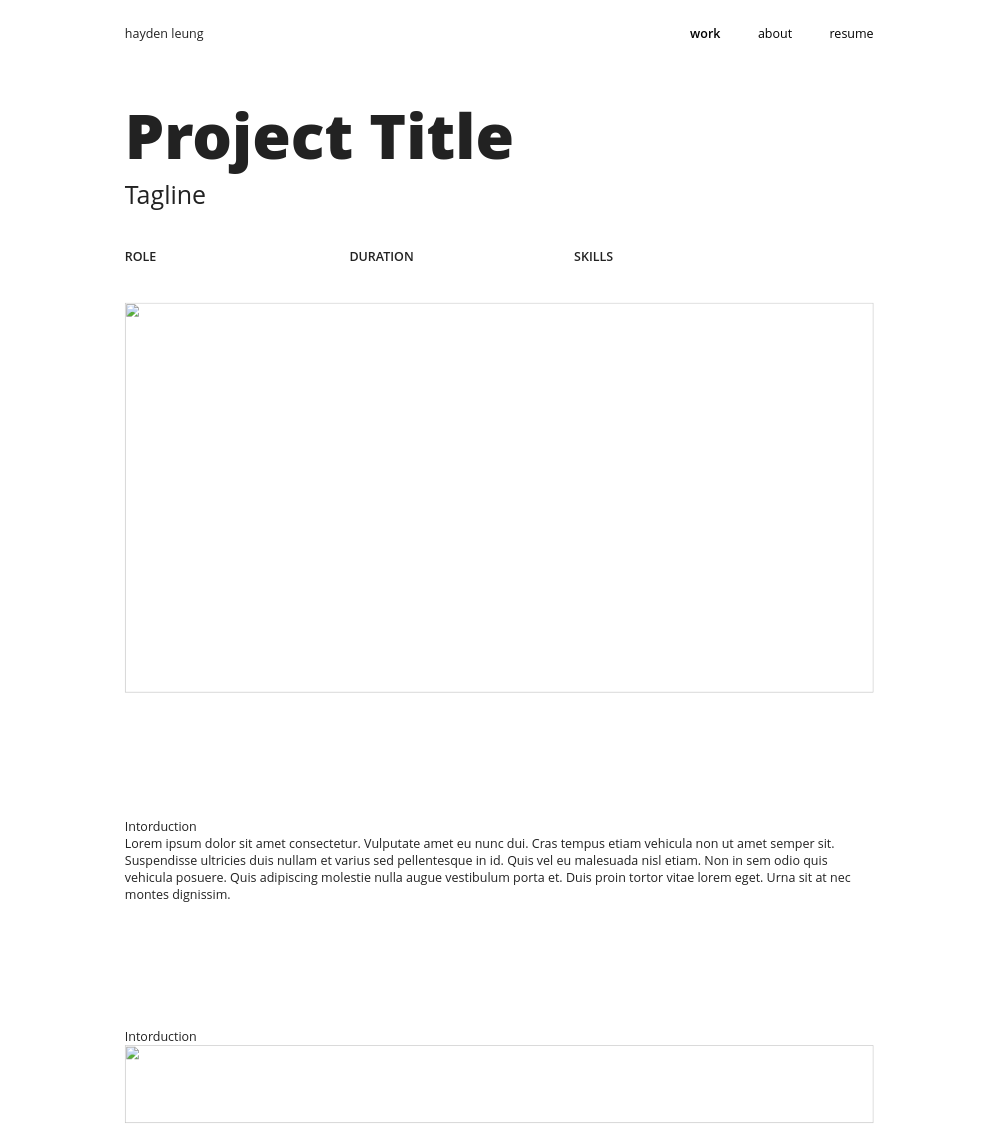
Repository: Haydenleung/Artifact
Page: /
These files come from the project's save history. The page is drawn as it stood at one moment and after the next save; the edit follows.
The browser window is 1280 px wide. The pictures show the whole page, at 78% of full size.
The project was rebuilt for these pictures with package versions that can differ from the ones it lists, and the page was loaded fresh each time. The framework's server and built-in components were replaced by stand-ins that run in the browser. Also part of the build but not shown: next.config.mjs.

Above is the page before, as saved 2024-01-29 00:03:51.

### src/pages/index.tsx
import Image from "next/image";
import Navbar from "@/components/Navbar";
import CaseStudy from "@/components/CaseStudy";

export default function Home() {
  return (
    <main className={"page"}>
      <Navbar />
      <div className={"caseStudy"}>
        <CaseStudy />
      </div>
    </main>
  )
}

### src/styles/globals.css
/* ==========================================================================
    [Table of contents]

    1. BASE
        1.1 Page Rendering Defaults
        1.2 Core Styling
        1.3 Typography
    2. LAYOUT
        2.1 Core Layout
        2.2 Small only
        2.3 medium and up
        2.4 Medium only
        2.5 large screens and up
    3. UTILITY classes
    4. PRINT

    ========================================================================== */

/* ==========================================================================
   BASE
   ========================================================================== */

/* 1.1 Page Rendering Defaults */

html {
  color: #222;
  font-size: 1em;
}

::-moz-selection {
  background: #b3d4fc;
  text-shadow: none;
}

::selection {
  background: #b3d4fc;
  text-shadow: none;
}

audio,
canvas,
iframe,
i,
img,
svg,
video {
  vertical-align: middle;
}

fieldset {
  border: 0;
  margin: 0;
  padding: 0;
}

textarea {
  resize: vertical;
}

/* 1.2 Core Styling */

/* refer to https://css-tricks.com/box-sizing/ */

*,
*:before,
*:after {
  box-sizing: border-box;
}

img {
  width: 100%;
}

/* 1.3 Typgraphy */

@import url('https://fonts.googleapis.com/css2?family=Open+Sans:ital,wght@0,300;0,400;0,500;0,600;0,700;0,800;1,300;1,400;1,500;1,600;1,700;1,800&display=swap');

h1,
h2,
h3,
h4,
h5,
h6 {
  font-weight: 400;
  /* text-align: center; */
  margin: 0;
}

h1 {
  font-size: 60pt;
  font-weight: 200;
}

h2 {
  font-size: 16pt;
}

h4 {
  font-size: 9pt;
}

h5 {
  font-size: 8pt;
}

* {
  font-family: 'Open Sans', sans-serif;
}


/* ==========================================================================
 2. LAYOUT
 ========================================================================== */

/* Helper to display empty layout containers*/

div,
main,
section,
footer,
header {
  /* outline: 1px solid #ccc; */
}

body {
  padding: 0;
  margin: 0;
}

/* 2.1 Core layout */

.row {
  display: grid;
  row-gap: 1rem;
}

.col {
  position: relative;
}

.page {
  display: flex;
  flex-direction: column;
  justify-content: center;
  align-items: center;
}

.caseStudy {
  width: 100%;
  padding: 2rem 10rem;
}

/* Navbar */

/* 2.2 Small only */

@media screen and (max-width: 39.9375em) {}

/* 2.3 medium and up */

@media screen and (min-width: 40em) {}

/* 2.4 Medium only */

@media screen and (min-width: 40em) and (max-width: 63.9375em) {}

/* 2.5 large screens and up 2.6 Large only */

/* @media screen and (min-width: 64em) {

} */

### src/components/Navbar/index.tsx
import styles from './navbar.module.css'
import Image from 'next/image'
import Link from 'next/link'
import { useState } from 'react'

export default function Navbar() {

    const [isPage, setIsPage] = useState("Work");

    return (
        <div className={styles.container}>
            <div className={styles.logo}>hayden leung</div>
            <div className={styles.pages}>
                <Link href="/" className={isPage === "Work" ? styles.bold : styles.normal}>work</Link>
                <Link href="/" className={isPage === "about" ? styles.bold : styles.normal}>about</Link>
                <Link href="/" className={isPage === "resume" ? styles.bold : styles.normal}>resume</Link>
            </div>
        </div>
    )
}

### src/components/CaseStudy/index.tsx
import Image from "next/image"
import styles from './casestudy.module.css'

export default function CaseStudy() {
    return (
        <div className={styles.project}>
            <div className={styles.titleSection}>
                <h1 className={styles.projetTitle}>Project Title</h1>
                <h3 className={styles.projectTag}>Tagline</h3>
                <div className={styles.projectInfo}>
                    <div>ROLE</div>
                    <div>DURATION</div>
                    <div>SKILLS</div>
                </div>
                <Image src="/" alt="" width={100} height={500} />
            </div>
            <div className={styles.introduction}>
                <div className={styles.introTitle}>Intorduction</div>
                <div className={styles.introBody}>Lorem ipsum dolor sit amet consectetur. Vulputate amet eu nunc dui. Cras tempus etiam vehicula non ut amet semper sit. Suspendisse ultricies duis nullam et varius sed pellentesque in id. Quis vel eu malesuada nisl etiam. Non in sem odio quis vehicula posuere. Quis adipiscing molestie nulla augue vestibulum porta et. Duis proin tortor vitae lorem eget. Urna sit at nec montes dignissim.</div>
            </div>
            <div className={styles.process}>
                <div className={styles.processTitle}>Intorduction</div>
                <Image src="/" alt="" width={100} height={100} />
            </div>
        </div>
    )
}

### src/components/Navbar/navbar.module.css
.container {
    /* background-color: lightgrey; */
    padding: 0.5rem;
    width: 100%;
    padding: 2rem 10rem;
    display: flex;
    flex-direction: row;
    justify-content: space-between;
    position: sticky;
    min-height: 44px;
}

.logo {}

.pages {
    display: flex;
    flex-direction: row;
    gap: 3rem;
}

.bold {
    font-weight: 600;
    color: black;
    text-decoration: none;
}

.normal {
    color: black;
    text-decoration: none;
}

### src/components/CaseStudy/casestudy.module.css
.project {
    display: flex;
    flex-direction: column;
    gap: 10rem;
}

.projetTitle {
    font-weight: 800;
}

.projectTag {
    font-size: 24pt;
    font-weight: 400;
}

.projectInfo {
    display: flex;
    flex-direction: row;
    padding: 3rem 0;
}

.projectInfo>div {
    width: 30%;
    font-weight: 600;
}

Loaded but not shown: src/pages/_app.tsx (common file); src/pages/_document.tsx (common file); src/pages/api/hello.ts (common file)

After the next save:
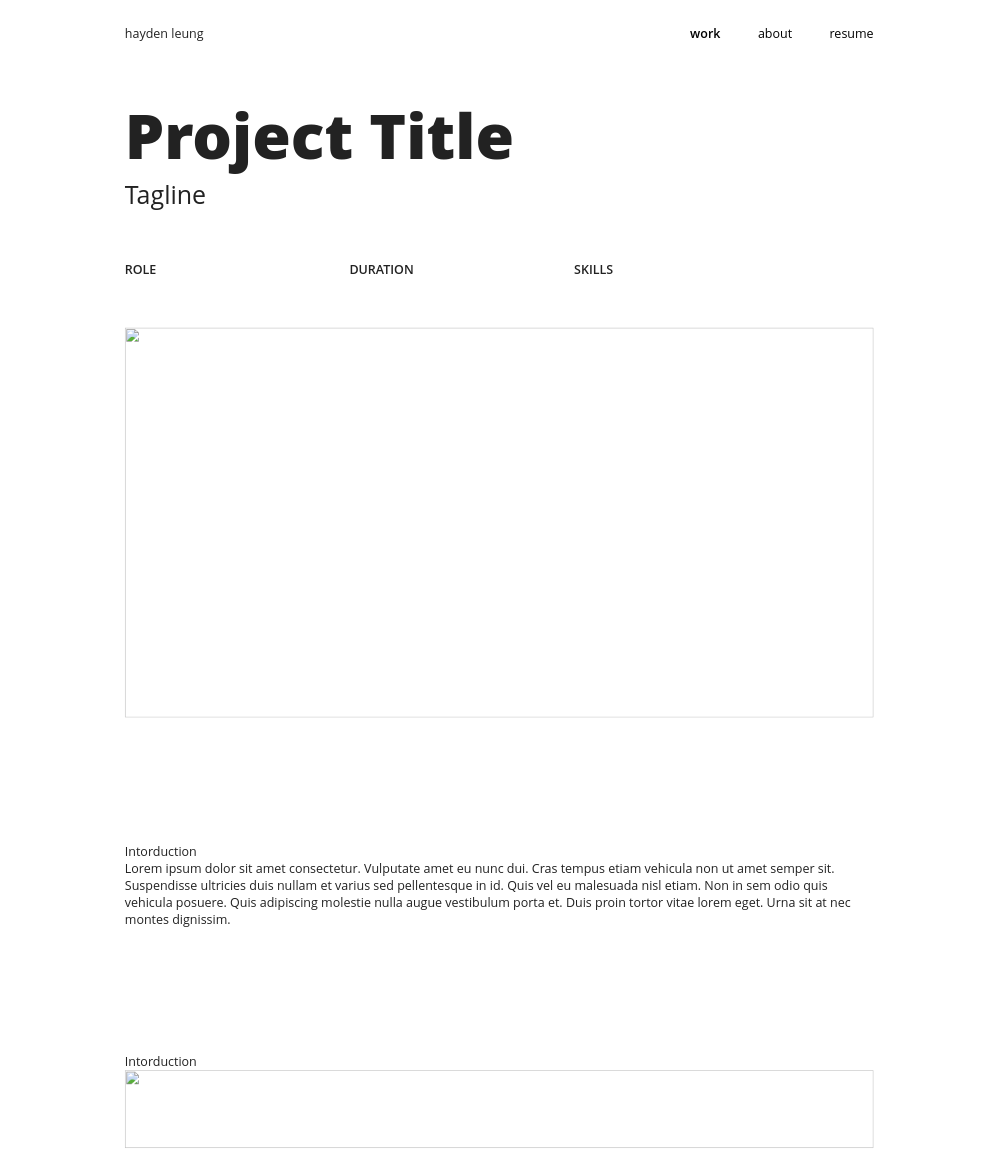
Saved 45 s later.
--- a/src/components/CaseStudy/casestudy.module.css
+++ b/src/components/CaseStudy/casestudy.module.css
@@ -16,7 +16,7 @@
 .projectInfo {
     display: flex;
     flex-direction: row;
-    padding: 3rem 0;
+    padding: 4rem 0;
 }
 
 .projectInfo>div {
